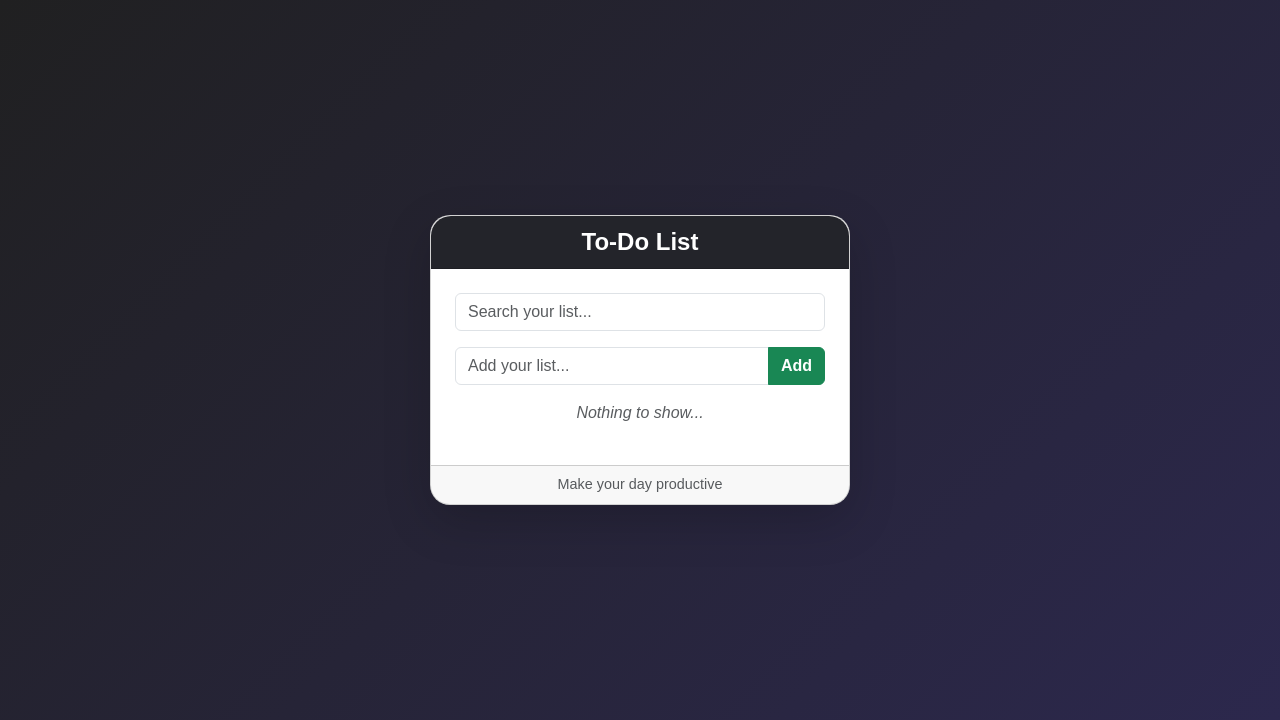
Repository: Dredphoenix/react-todo-app
Page: /
The author's editor kept a copy of each file at every save. The page is drawn from the files as they stood at one save, then again after a run of saves.
The browser window is 1280 px wide. The pictures show the whole page.
The page's requests for data from a server got no answer. The project was rebuilt for these pictures with package versions that can differ from the ones it lists, and the page was loaded fresh each time. No one was signed in, and anything a server would have sent is missing. Also part of the build but not shown: vite.config.js.

Above is the page before, as saved 2025-10-01 14:43:32.

### src/App.jsx
import React from 'react';
import { BrowserRouter as Router, Routes, Route, Navigate } from 'react-router-dom';
import Home from './pages/Home';

function App() {


  return (
    <Home/>
  );
}

export default App;

### src/pages/Home.jsx
import React, { useState, useEffect } from "react";
import "bootstrap/dist/css/bootstrap.min.css";
import axios from "axios";

const Home = () => {
  const [items, setItems] = useState([]);
  const [input, setInput] = useState("");
  const [editIndex, setEditIndex] = useState(-1);
  const [search, setSearch] = useState("");

  // Fetch items from backend
  useEffect(() => {
    axios.get("http://localhost:5000/lists").then((response) => {
        if (response.data.success && Array.isArray(response.data.data)) {
          setItems(response.data.data);
        }
      }).catch((err) => console.log(err));
  }, []);

  // Add and Update item
  const handleAdd = () => {
    const trimmed = input.trim();
    if (!trimmed) {
      alert("Please enter a valid input");
      return;
    }

    if (editIndex === -1) {
      // Add new
      axios.post("http://localhost:5000/lists", { action: trimmed })
        .then((res) => {
          if (res.data && res.data.data) {
            setItems([...items, res.data.data]);
            setInput("");
          }
        })
        .catch((err) => console.log("Error adding item:", err));
    } else {
      // Update existing
      const itemToUpdate = items[editIndex];
      axios.put(`http://localhost:5000/lists/${itemToUpdate._id}`, { action: trimmed })
        .then((res) => {
          const updatedItems = [...items];
          updatedItems[editIndex] = res.data.data;
          setItems(updatedItems);
          setEditIndex(-1);
          setInput("");
        })
        .catch((err) => console.log("Error updating item:", err));
    }
  };

  // Delete item
  const handleDelete = (index) => {
    const id = items[index]._id;
    axios.delete(`http://localhost:5000/lists/${id}`)
      .then((res) => {
        const updated = items.filter((_, i) => i !== index);
        setItems(updated);
        console.log("Deleted:", res.data);
      })
      .catch((err) => console.log("Error deleting item:", err));
  };

  // Edit item
  const handleEdit = (index) => {
    const item = items[index];
    setInput(item.action || "");
    setEditIndex(index);
  };

  // Search filter
  const filteredItems = items.filter(
    (item) => item.action && item.action.toLowerCase().includes(search.toLowerCase())
  );

  // Add using Enter key
  const handleEnter = (e) => {
    if (e.key === "Enter") handleAdd();
  };

  return (
    <div
      className="min-vh-100 d-flex align-items-center justify-content-center"
      style={{
        background: "linear-gradient(135deg, #202021ff, #2c284dff)",
        fontFamily: "Poppins, sans-serif",
      }}
    >
      <div className="card shadow-lg" style={{ width: "420px", borderRadius: "20px" }}>
        <div
          className="card-header text-center text-white fw-bold"
          style={{
            backgroundColor: "#23242a",
            borderTopLeftRadius: "20px",
            borderTopRightRadius: "20px",
            fontSize: "1.5rem",
          }}
        >
          To-Do List
        </div>

        <div className="card-body p-4">
          {/* Search Input */}
          <div className="input-group mb-3">
            <input
              type="text"
              className="form-control"
              placeholder="Search your list..."
              value={search}
              onChange={(e) => setSearch(e.target.value)}
            />
          </div>

          {/* Add/Edit Input */}
          <div className="input-group mb-3">
            <input
              type="text"
              className="form-control"
              placeholder={editIndex === -1 ? "Add your list..." : "Edit item..."}
              value={input}
              onChange={(e) => setInput(e.target.value)}
              onKeyDown={handleEnter}
            />
            <button
              className={`btn ${editIndex === -1 ? "btn-success" : "btn-primary"} fw-bold`}
              onClick={handleAdd}
            >
              {editIndex === -1 ? "Add" : "Update"}
            </button>
          </div>

          {/* List */}
          {filteredItems.length === 0 ? (
            <p className="text-center text-muted fst-italic">Nothing to show...</p>
          ) : (
            <ul className="list-group list-group-flush">
              {filteredItems.map((item, index) => (
                <li
                  key={item._id}
                  className="list-group-item d-flex justify-content-between align-items-center"
                  style={{
                    borderRadius: "10px",
                    background: "#FFF8E1",
                    marginBottom: "8px",
                  }}
                >
                  <span className="fw-semibold">{item.action}</span>
                  <div>
                    <button
                      className="btn btn-sm btn-outline-primary me-2"
                      onClick={() => handleEdit(index)}
                    >
                      Edit
                    </button>
                    <button
                      className="btn btn-sm btn-outline-danger"
                      onClick={() => handleDelete(index)}
                    >
                      Delete
                    </button>
                  </div>
                </li>
              ))}
            </ul>
          )}
        </div>

        <div
          className="card-footer text-center text-muted"
          style={{
            fontSize: "0.9rem",
            borderBottomLeftRadius: "20px",
            borderBottomRightRadius: "20px",
          }}
        >
          Make your day productive
        </div>
      </div>
    </div>
  );
};

export default Home;

Loaded but not shown: src/main.jsx (common file); src/index.css (no stored copy; drawn as an empty file)

After the next 2 saves:
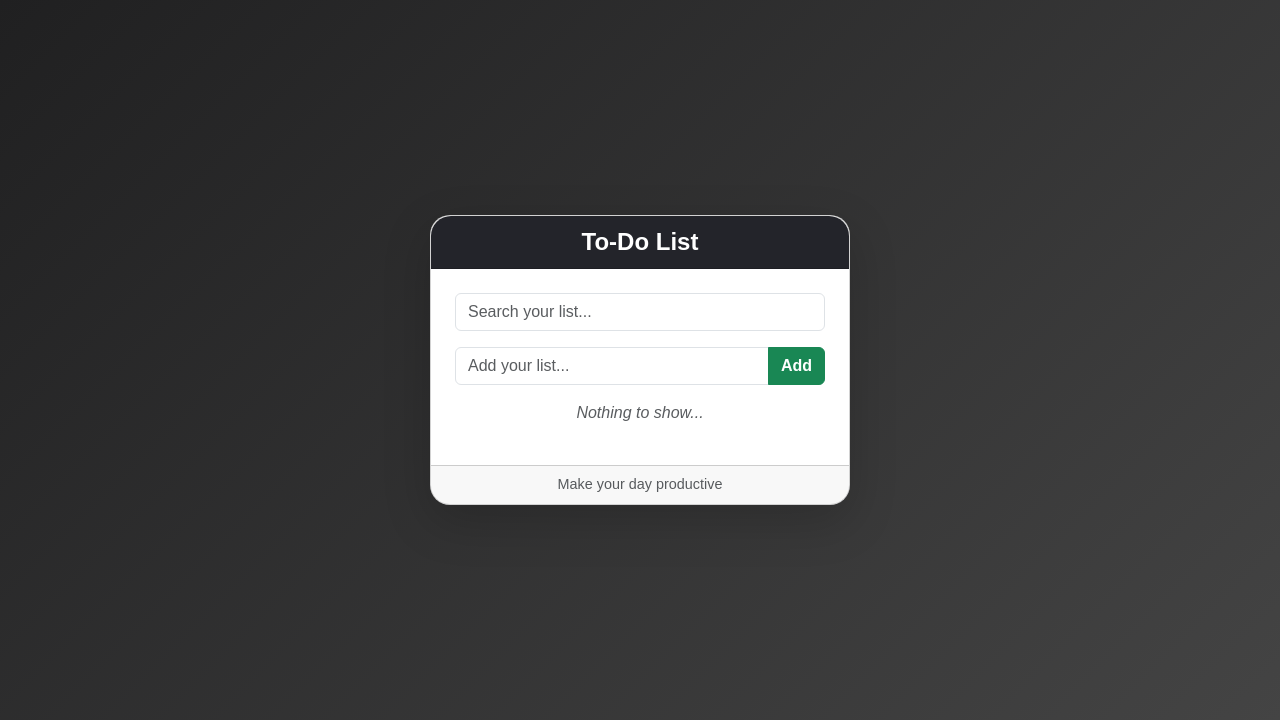
The 2 saves are shown as one change because they came seconds apart.
The last was saved 17 s later.
--- a/src/pages/Home.jsx
+++ b/src/pages/Home.jsx
@@ -83,7 +83,7 @@ const Home = () => {
     <div
       className="min-vh-100 d-flex align-items-center justify-content-center"
       style={{
-        background: "linear-gradient(135deg, #202021ff, #2c284dff)",
+        background: "linear-gradient(135deg, #202021ff, #444444ff)",
         fontFamily: "Poppins, sans-serif",
       }}
     >
